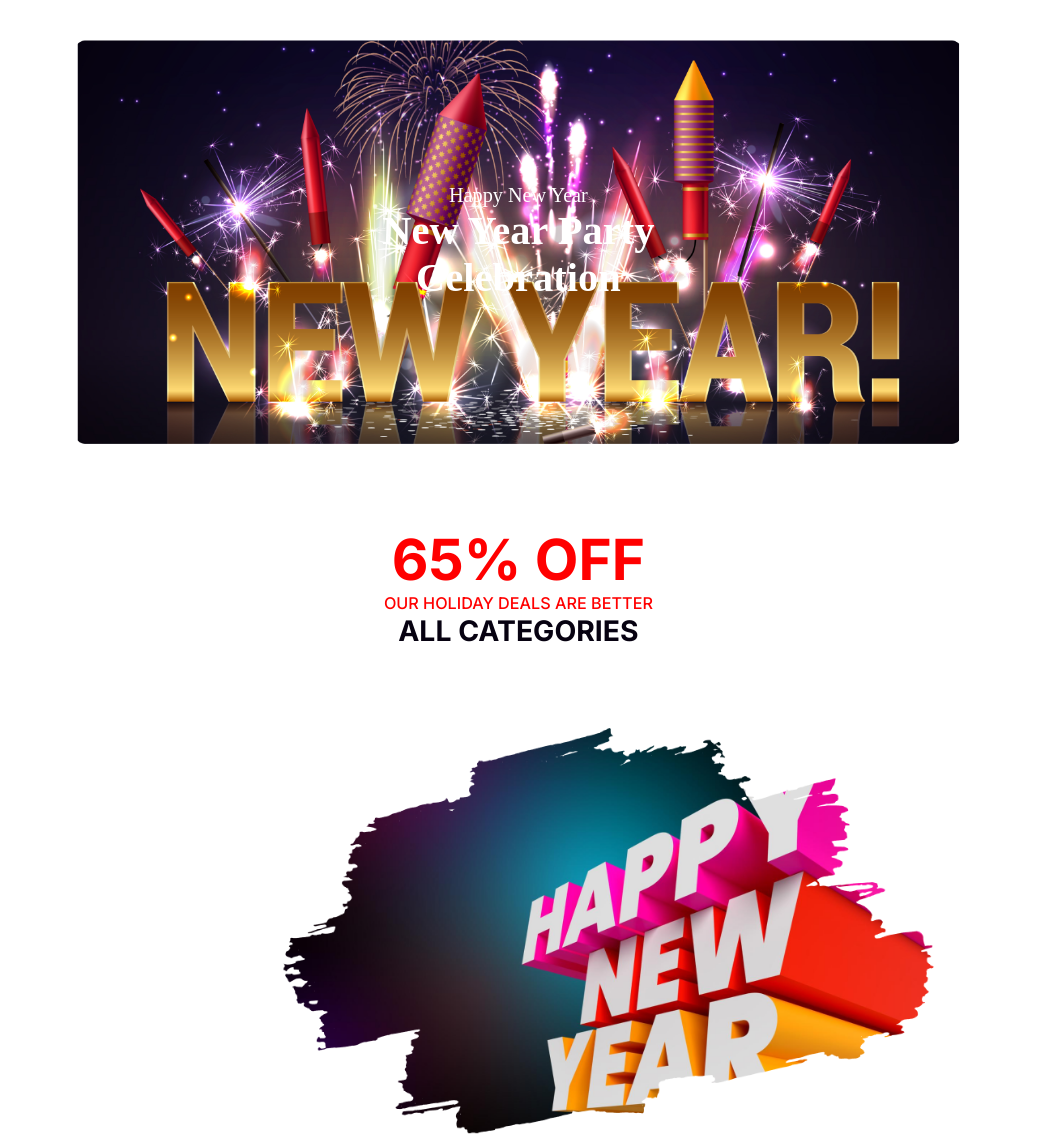
Repository: sumonkumarsarkar/new-year-2024
Page: index.html
The author's editor kept a copy of each file at every save. The page is drawn from the files as they stood at one save, then again after the next save.
The browser window is 1280 px wide. The pictures show the whole page, at 81% of full size.

Above is the page before, as saved 2024-01-08 10:38:37.

After the next save:
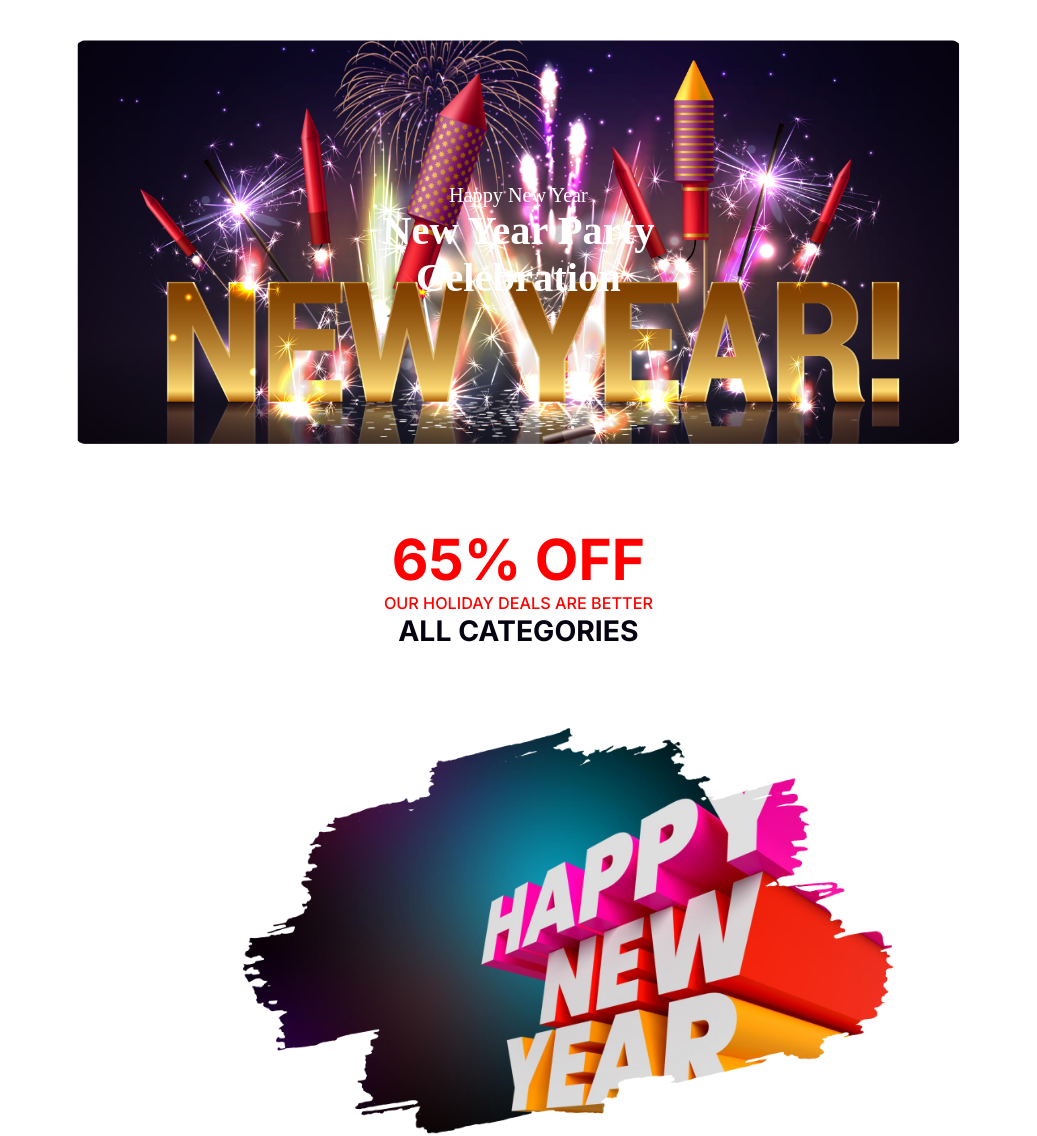
Saved 56 s later.
--- a/style.css
+++ b/style.css
@@ -50,7 +50,7 @@ body{
 /* holiday -section start  */
 .container-holiday{
     width: 85%;
-    max-width:580px;
+    max-width:680px;
     margin: 0 auto;
 }
 .holiday-text{
@@ -95,7 +95,8 @@ body{
 .holiday-img{
    text-align:center;
    justify-content:center;
-    margin: 0 auto;
+   width: 802.9px;
+    height: 500px;
 
 }
 
